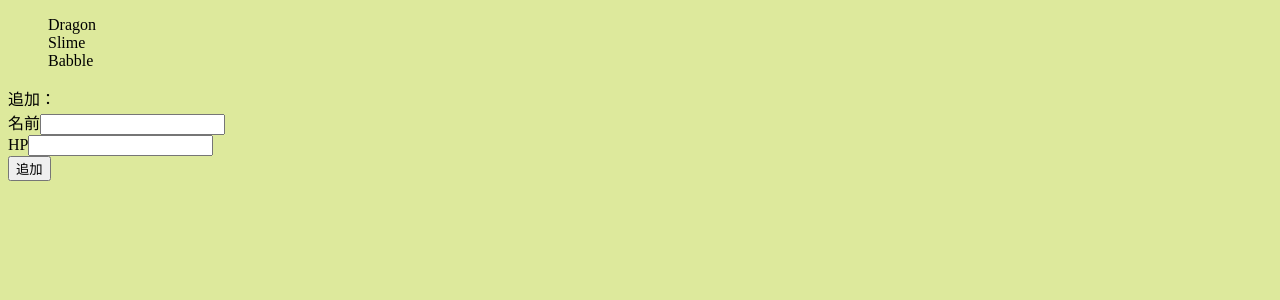
Repository: minoto9/vue_tutorial
Page: sampler/index.html
An editor plug-in stored every save of this project. The page is shown before and after a run of saves, followed by the edit.
The browser window is 1280 px wide. The pictures show the whole page.

Above is the page before, as saved 2019-07-10 21:06:02.

After the next 2 saves:
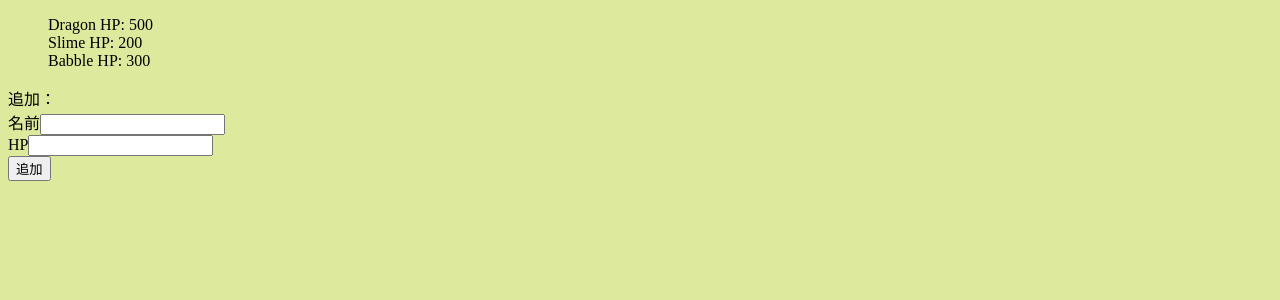
The 2 saves are shown as one change because they came seconds apart.
The last was saved 88 s later.
--- a/sampler/index.html
+++ b/sampler/index.html
@@ -11,7 +11,7 @@
 <body>
     <div id="app">
         <ul>
-            <li v-for="item in list" v-bind:key="item.id">{{ item.name }}</li>
+            <li v-for="item in list" v-bind:key="item.id">{{ item.name }}  HP: {{ item.hp }}</li>
         </ul>
         <!-- <table>
             <tr v-for="item in list" v-bind:key="item.id">
